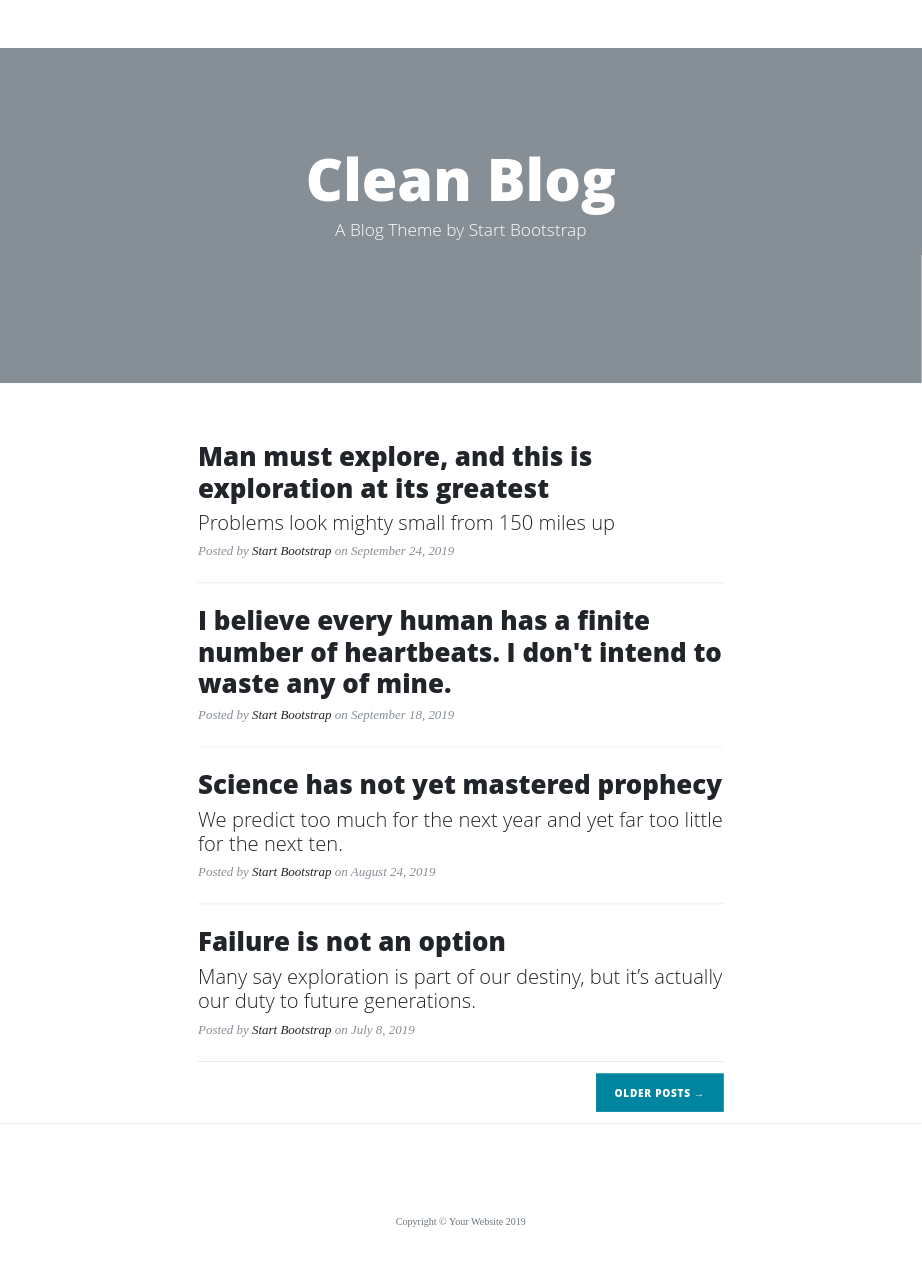
Repository: sheldon18/flask
Page: http://localhost/
The author's editor kept a record of every edit. The page is drawn from the files as they stood at one moment, then again after a run of edits.
The browser window is 1280 px wide. The pictures show the whole page, at 72% of full size.
The page is served by the project's application, run on Flask 3 (run.py).

Above is the page before.

After the next 3 edits:
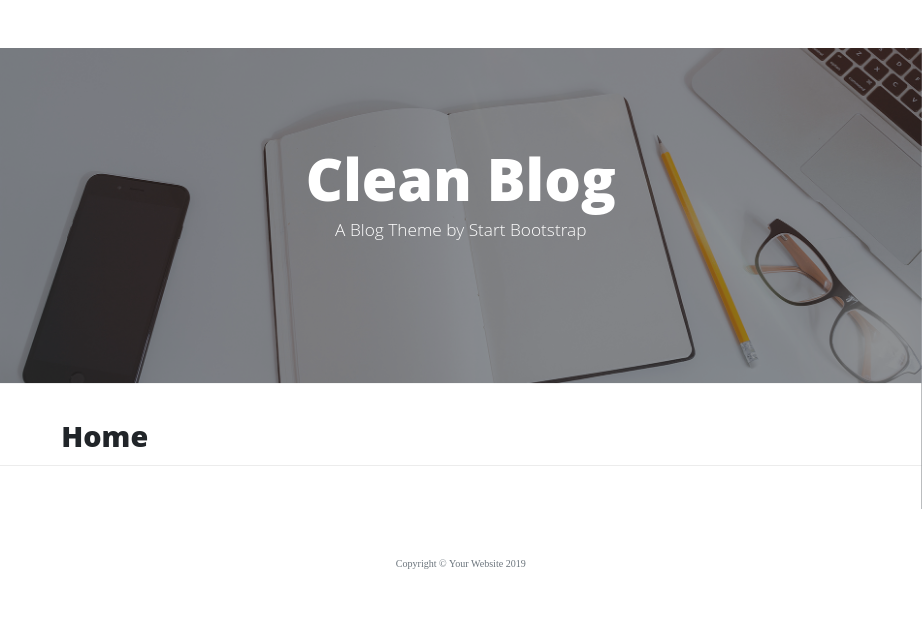
The 3 edits are shown as one change because 2 did not build or start.
The edit:
--- a/templates/base.html
+++ b/templates/base.html
@@ -36,7 +36,7 @@
   </nav>
 
   <!-- Page Header -->
-  <header class="masthead" style="background-image: url('{{ url_for('static', filename='img/home-bg.jpg') }}')>
+  <header class="masthead" style="background-image: url('{{ url_for('static', filename='img/home-bg.jpg') }}')">
     <div class="overlay"></div>
     <div class="container">
       <div class="row">
@@ -52,67 +52,11 @@
 
   <!-- Main Content -->
   <div class="container">
-    <div class="row">
-      <div class="col-lg-8 col-md-10 mx-auto">
-        <div class="post-preview">
-          <a href="post.html">
-            <h2 class="post-title">
-              Man must explore, and this is exploration at its greatest
-            </h2>
-            <h3 class="post-subtitle">
-              Problems look mighty small from 150 miles up
-            </h3>
-          </a>
-          <p class="post-meta">Posted by
-            <a href="#">Start Bootstrap</a>
-            on September 24, 2019</p>
-        </div>
-        <hr>
-        <div class="post-preview">
-          <a href="post.html">
-            <h2 class="post-title">
-              I believe every human has a finite number of heartbeats. I don't intend to waste any of mine.
-            </h2>
-          </a>
-          <p class="post-meta">Posted by
-            <a href="#">Start Bootstrap</a>
-            on September 18, 2019</p>
-        </div>
-        <hr>
-        <div class="post-preview">
-          <a href="post.html">
-            <h2 class="post-title">
-              Science has not yet mastered prophecy
-            </h2>
-            <h3 class="post-subtitle">
-              We predict too much for the next year and yet far too little for the next ten.
-            </h3>
-          </a>
-          <p class="post-meta">Posted by
-            <a href="#">Start Bootstrap</a>
-            on August 24, 2019</p>
-        </div>
-        <hr>
-        <div class="post-preview">
-          <a href="post.html">
-            <h2 class="post-title">
-              Failure is not an option
-            </h2>
-            <h3 class="post-subtitle">
-              Many say exploration is part of our destiny, but it’s actually our duty to future generations.
-            </h3>
-          </a>
-          <p class="post-meta">Posted by
-            <a href="#">Start Bootstrap</a>
-            on July 8, 2019</p>
-        </div>
-        <hr>
-        <!-- Pager -->
-        <div class="clearfix">
-          <a class="btn btn-primary float-right" href="#">Older Posts &rarr;</a>
-        </div>
-      </div>
-    </div>
+
+        {% block content %}
+        {% endblock %}
+
+
   </div>
 
   <hr>
